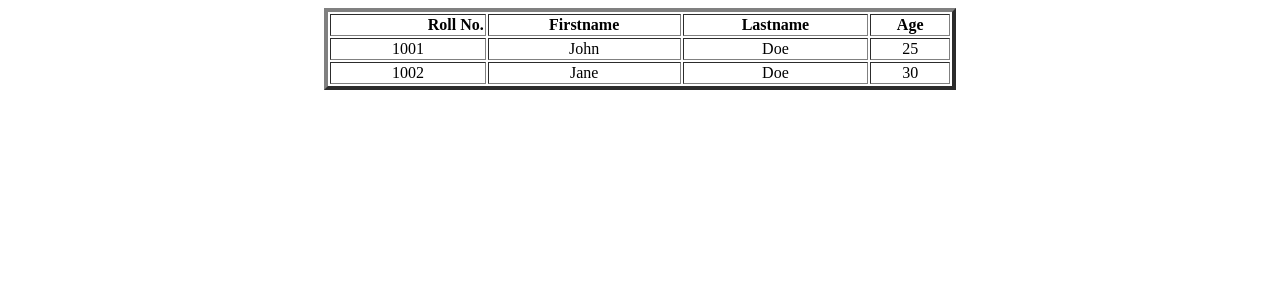
Repository: ankitgujre01/HTMLgeeks
Page: table.html
These files come from the project's save history. The page is drawn as it stood at one moment and after the next save; the edit follows.
The browser window is 1280 px wide. The pictures show the whole page.

Above is the page before, as saved 2025-09-03 23:19:59.

After the next save:
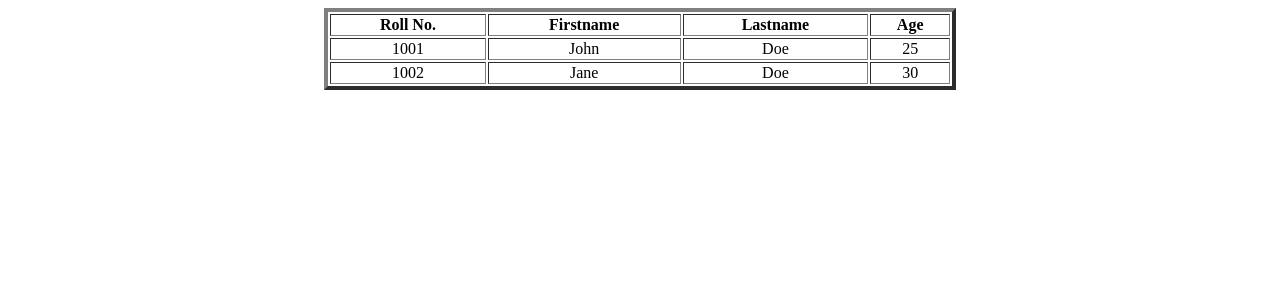
Saved 20 s later.
--- a/table.html
+++ b/table.html
@@ -5,7 +5,7 @@
     </head>
     <body>
         <table border="4" align="center" width='50%'>
-            <th align='right'>Roll No.</th>
+            <th align=''>Roll No.</th>
             <th>Firstname</th>
             <th>Lastname</th>
             <th>Age</th>
